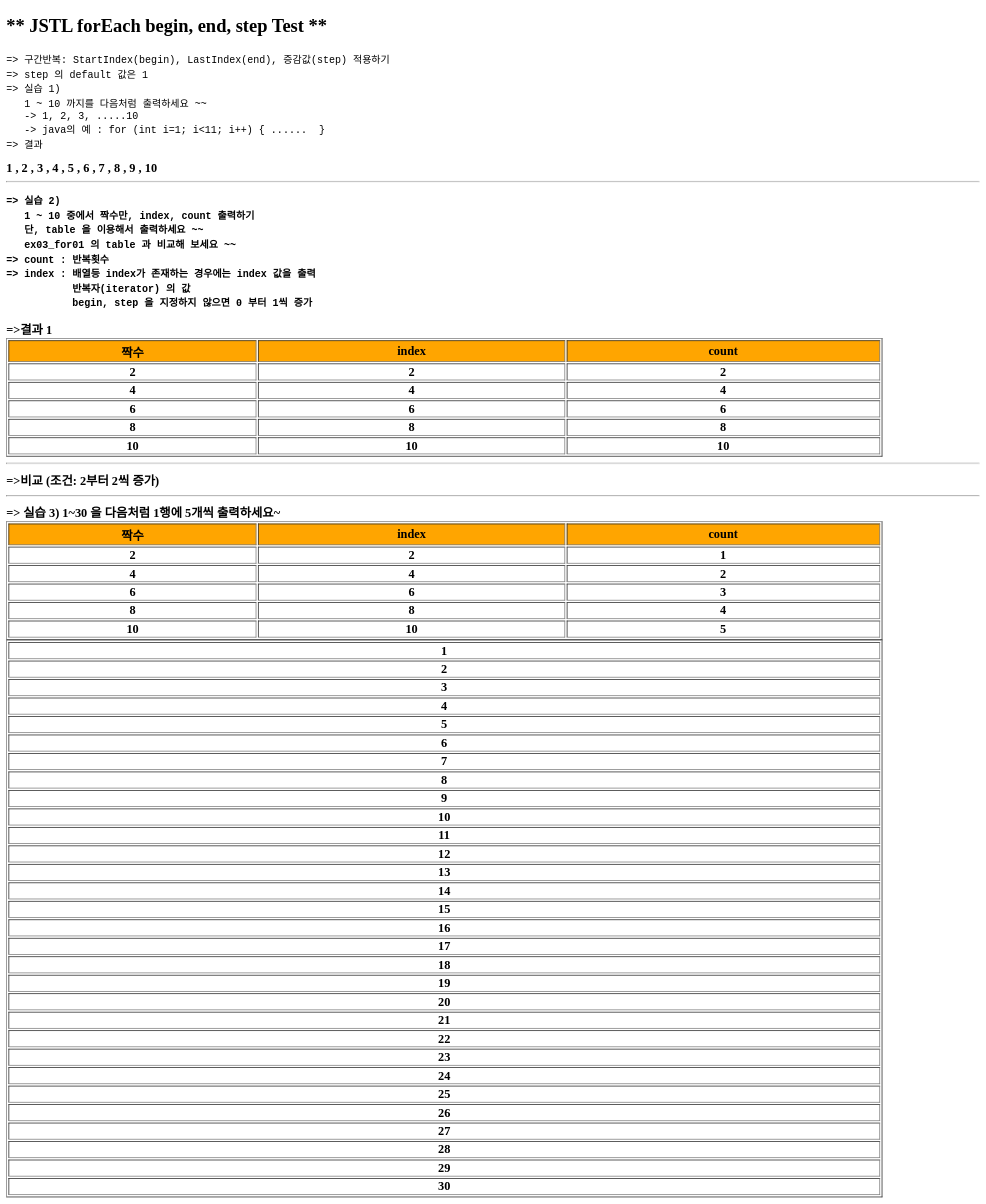
Repository: nameground/Java
Page: http://localhost/Web01/jsp05_JSTL/ex03_for02.jsp
An editor plug-in stored every save of this project. The page is shown before and after the next save, followed by the edit.
The browser window is 1280 px wide. The pictures show the whole page, at 77% of full size.
The page is served by Tomcat 9. Nobody is signed in. The application's start-up code is not run. Other server files are loaded and not shown.

Above is the page before, as saved 2023-10-13 09:04:20.

### mTest/Mywork/Web01/src/main/webapp/jsp05_JSTL/ex03_for02.jsp
<%@ page language="java" contentType="text/html; charset=UTF-8"
    pageEncoding="UTF-8"%>
<%@ taglib uri="http://java.sun.com/jsp/jstl/core" prefix="c"%>
<!DOCTYPE html>
<html>
<head>
<meta charset="UTF-8">
<title>JSTL forEach begin, end, step Test</title>
</head>
<body>
<h2>** JSTL forEach begin, end, step Test **</h2>
<pre>
=> 구간반복: StartIndex(begin), LastIndex(end), 증감값(step) 적용하기
=> step 의 default 값은 1
=> 실습 1)
   1 ~ 10 까지를 다음처럼 출력하세요 ~~
   -> 1, 2, 3, .....10
   -> java의 예 : for (int i=1; i<11; i++) { ......  }
=> 결과
</pre>
<b>
<c:forEach var="i" begin="1" end="10" step="1" varStatus="vs">
	 ${i}
	 ${vs.last ? "" : ","}
</c:forEach>


<hr><pre>
=> 실습 2)
   1 ~ 10 중에서 짝수만, index, count 출력하기
   단, table 을 이용해서 출력하세요 ~~
   ex03_for01 의 table 과 비교해 보세요 ~~
=> count : 반복횟수
=> index : 배열등 index가 존재하는 경우에는 index 값을 출력
           반복자(iterator) 의 값
           begin, step 을 지정하지 않으면 0 부터 1씩 증가
</pre>
=>결과 1<br>
<table border="1" style="text-align:center; width:90%;">
	<tr style="background-color:orange;">
		<th>짝수</th>
		<th>index</th>
		<th>count</th>
	</tr>
	<c:forEach var="i" begin="1" end="10" step="1" varStatus="vs">
		<c:if test="${i % 2 == 0 }">
			<tr>
				<td>${i}</td>
				<td>${vs.index}</td>
				<td>${vs.count}</td>
			</tr>
		</c:if>
	</c:forEach>
</table>

<hr>
=>비교 (조건: 2부터 2씩 증가)
<table border="1" style="text-align:center; width:90%;">
	<tr style="background-color:orange;">
		<th>짝수</th>
		<th>index</th>
		<th>count</th>
	</tr>
	<c:forEach var="i" begin="2" end="10" step="2" varStatus="vs">
		<tr>
			<td>${i}</td>
			<td>${vs.index}</td>
			<td>${vs.count}</td>
		</tr>
	</c:forEach>

<hr>
=> 실습 3) 1~30 을 다음처럼 1행에 5개씩 출력하세요~<br>
<!--
1,2,3,4,5
6,7,8,9,10
11,12,13,14,15
...
............30 -->

<table border="1" style="text-align:center; width:90%;">
	<c:forEach var="i" begin="1" end="30" step="1" varStatus="vs">
			<tr>
				<th>${i}</th>
			</tr>
	</c:forEach>
</table>

</body>
</html>

After the next save:
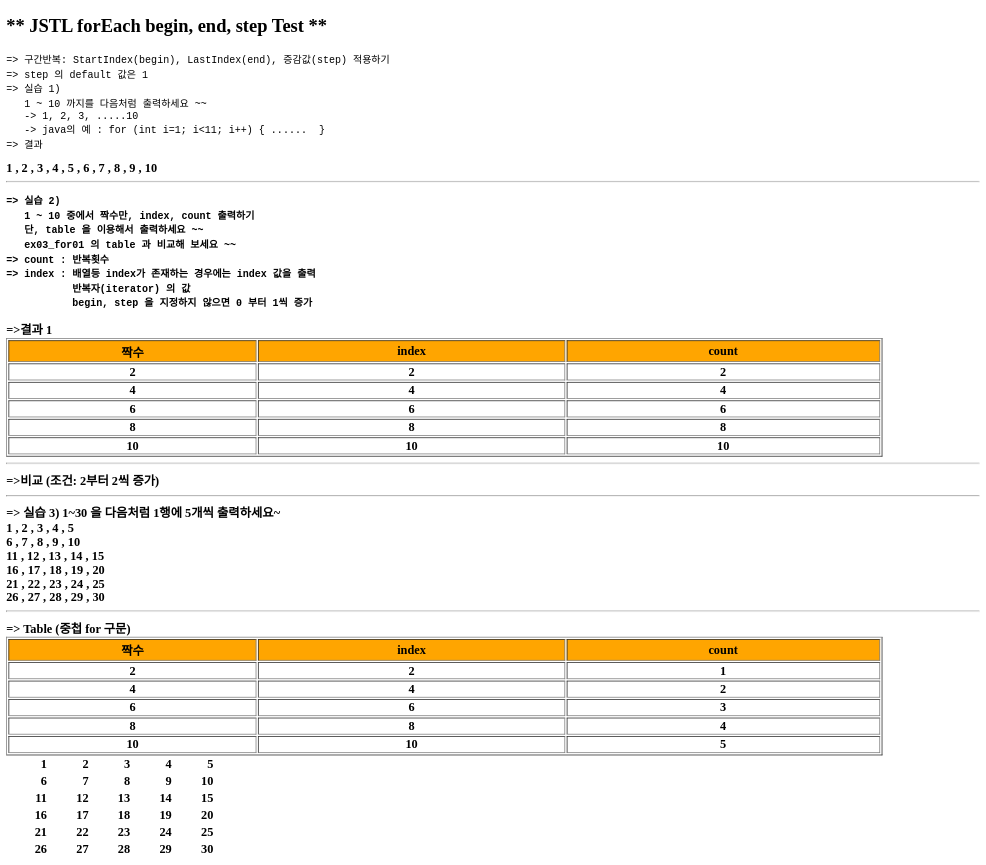
Saved 3 min 34 s later.
--- a/mTest/Mywork/Web01/src/main/webapp/jsp05_JSTL/ex03_for02.jsp
+++ b/mTest/Mywork/Web01/src/main/webapp/jsp05_JSTL/ex03_for02.jsp
@@ -78,12 +78,22 @@
 ...
 ............30 -->
 
-<table border="1" style="text-align:center; width:90%;">
-	<c:forEach var="i" begin="1" end="30" step="1" varStatus="vs">
-			<tr>
-				<th>${i}</th>
-			</tr>
-	</c:forEach>
+<c:forEach var="i" begin="1" end="30" >
+   ${i}
+<%--    <c:if test="${i%5!=0}">,</c:if>
+      <c:if test="${i%5==0}"><br></c:if> --%>
+   ${i%5==0 ? "<br>" : ","}
+</c:forEach>
+<hr>
+=> Table (중첩 for 구문)<br>
+<table>
+   <c:forEach var="i" begin="1" end="26" step="5" >
+   <tr align="right">
+      <c:forEach var="j" begin="${i}" end="${i+4}" step="1">
+         <td width="50">${j}</td>
+      </c:forEach>
+   </tr>
+   </c:forEach>
 </table>
 
 </body>
